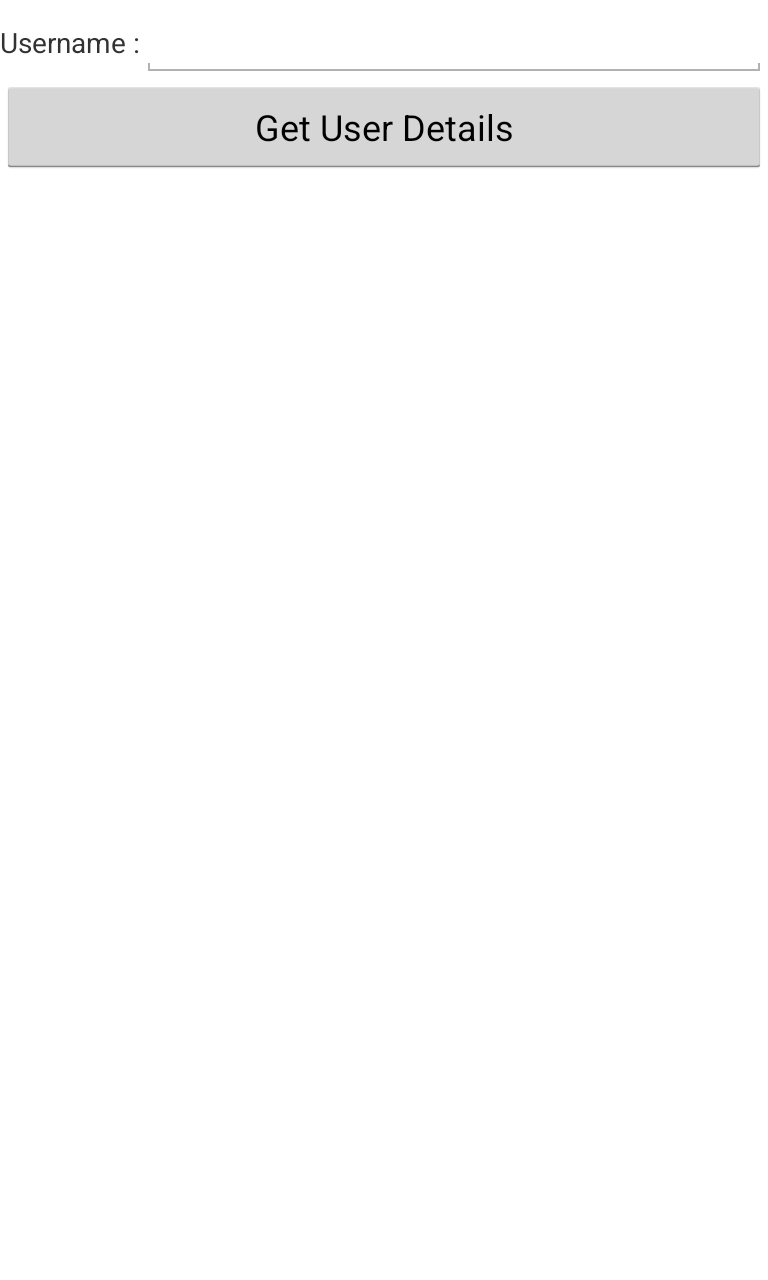
Repository: LakshmiKalyani93/AndroidTraining
Layout: UserInfo/res/layout/info.xml
The author's editor kept a copy of each file at every save. The layout is drawn from the files as they stood at one save, then again after the next save.
It is drawn on a 768 x 1280 px phone screen (xhdpi) without system bars, with theme AppTheme; the app's code is not run.

Above is the layout before, as saved 2014-09-09 08:37:15.

After the next save:
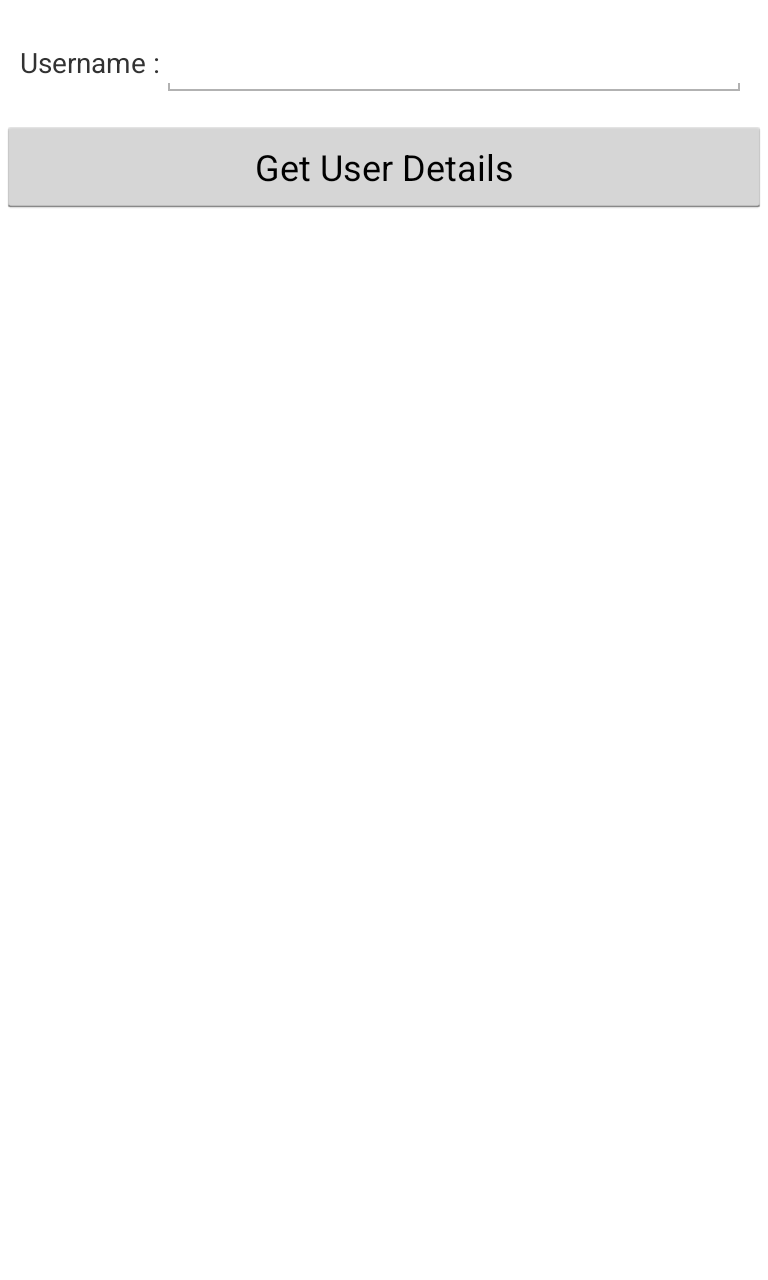
Saved 16 s later.
--- a/UserInfo/res/layout/info.xml
+++ b/UserInfo/res/layout/info.xml
@@ -7,7 +7,8 @@
     <LinearLayout
         android:id="@+id/user_layout"
         android:layout_width="match_parent"
-        android:layout_height="wrap_content" >
+        android:layout_height="wrap_content"
+        android:padding="10dp" >
 
         <TextView
             android:id="@+id/user_txt"
